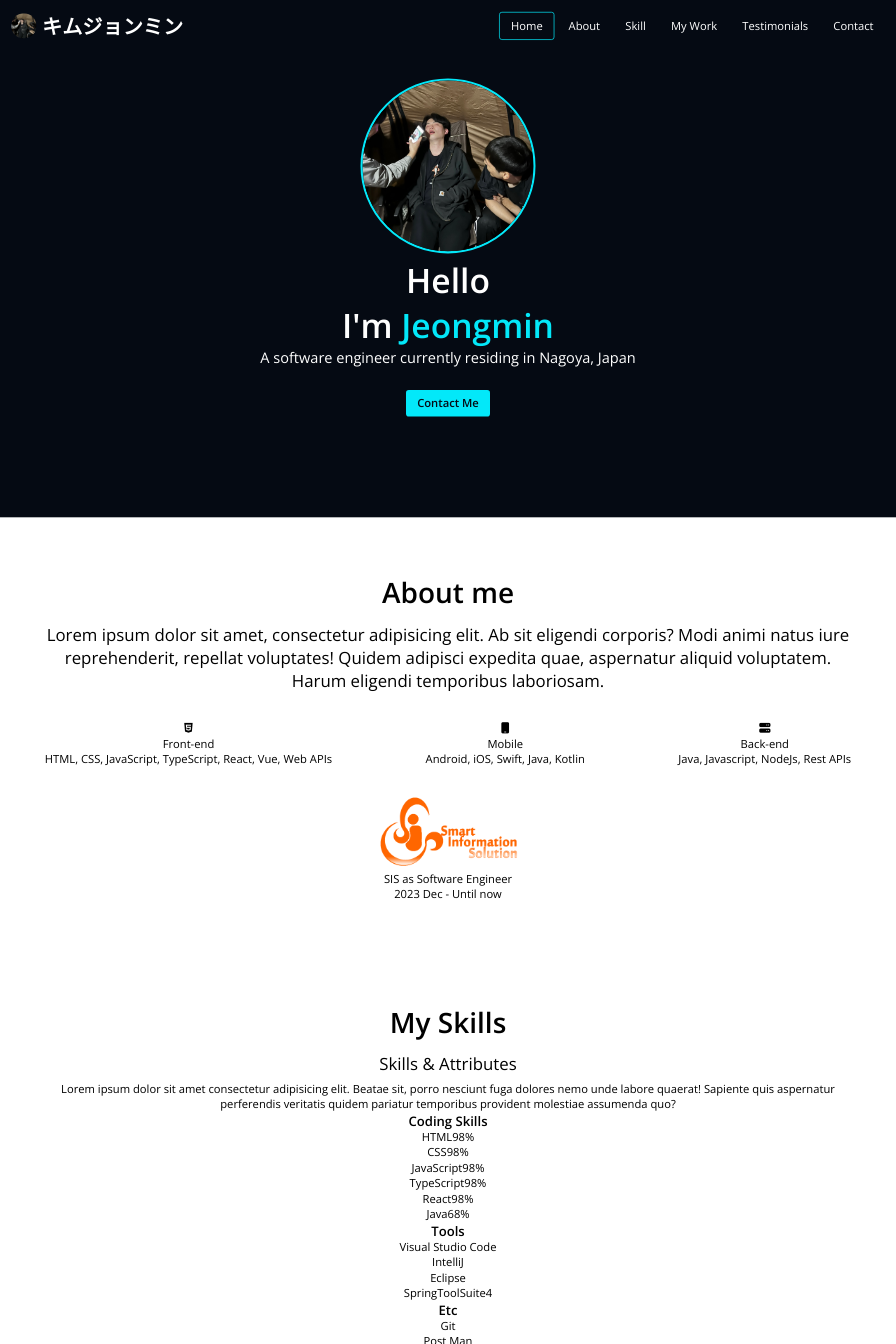
Repository: N1C0N1C0/Portfolio
Page: index.html
An editor plug-in stored every save of this project. The page is shown before and after the next save, followed by the edit.
The browser window is 1280 px wide. The pictures show the part of the page from y = 0 to 1920 px (the page is 6362 px tall), at 70% of full size.
Some web libraries are served in a nearby version.

Above is the page before, as saved 2023-12-16 18:55:48.

After the next save:
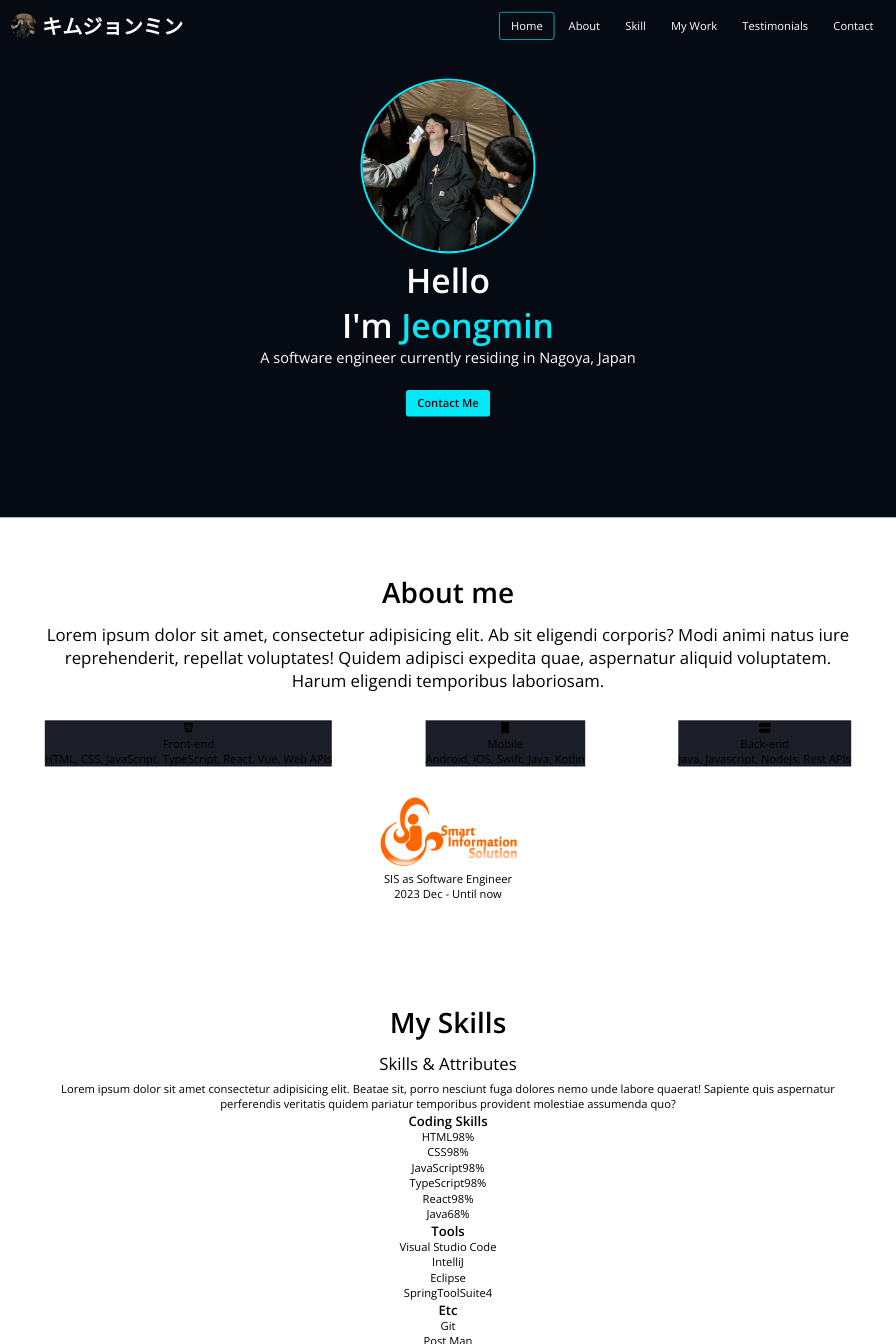
Saved 21 s later.
--- a/css/style.css
+++ b/css/style.css
@@ -163,3 +163,7 @@ button:focus {
     gap: 1rem;
     margin: 2.5rem 0;
 }
+
+.major {
+    background-color: var(--color-primary-variant);
+}
